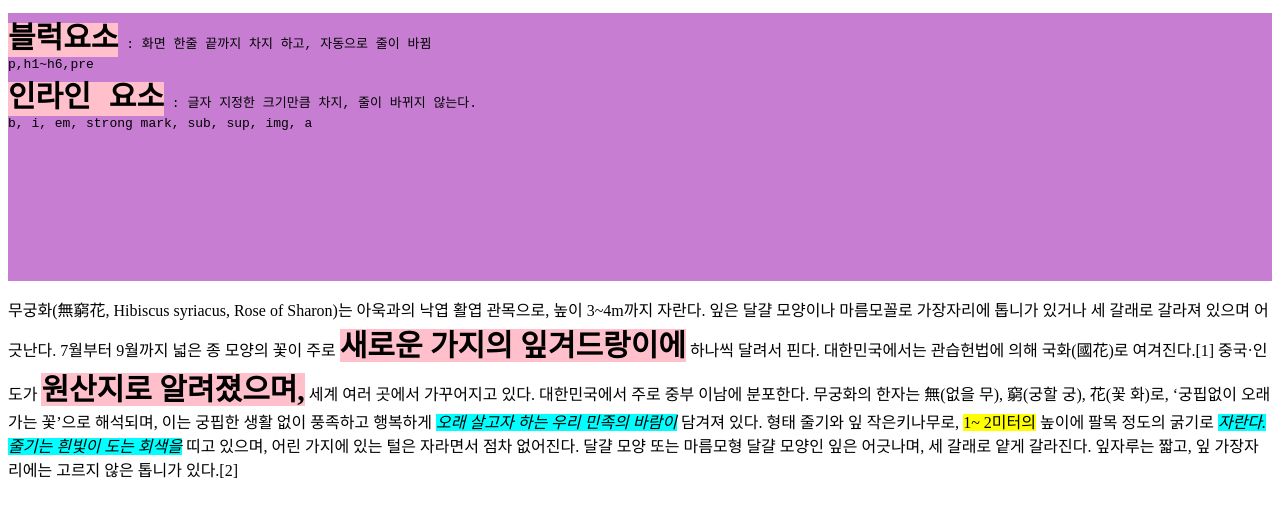
Repository: sH1222J/SH_DDit_WEB_study
Page: workspace/webpro/src/main/webapp/0304/텍스트서식.html
These files come from the project's save history. The page is drawn as it stood at one moment and after the next save; the edit follows.
The browser window is 1280 px wide. The pictures show the whole page.

Above is the page before, as saved 2025-03-04 03:31:21.

### workspace/webpro/src/main/webapp/0304/텍스트서식.html
<!DOCTYPE html>
<html>
<head>
<meta charset="UTF-8">
<title>Insert title here</title>


<style type="text/css">
b, strong {
	background: pink;
	font-size: 30px;
}

i, em {
	background: cyan;
}

pre {
	background: rgb(198, 125, 210);


}



mark{
	background: #ff0000);





}



</style>
</head>
<body>

	<pre>
<b>블럭요소</b> : 화면 한줄 끝까지 차지 하고, 자동으로 줄이 바뀜
p,h1~h6,pre
<b>인라인 요소</b> : 글자 지정한 크기만큼 차지, 줄이 바뀌지 않는다.
b, i, em, strong mark, sub, sup, img, a










</pre>



	<p>
		무궁화(無窮花, Hibiscus syriacus, Rose of Sharon)는 아욱과의 낙엽 활엽 관목으로, 높이
		3~4m까지 자란다. 잎은 달걀 모양이나 마름모꼴로 가장자리에 톱니가 있거나 세 갈래로 갈라져 있으며 어긋난다. 7월부터
		9월까지 넓은 종 모양의 꽃이 주로 <b>새로운 가지의 잎겨드랑이에</b> 하나씩 달려서 핀다. 대한민국에서는 관습헌법에 의해
		국화(國花)로 여겨진다.[1] 중국·인도가 <strong>원산지로 알려졌으며,</strong> 세계 여러 곳에서 가꾸어지고
		있다. 대한민국에서 주로 중부 이남에 분포한다. 무궁화의 한자는 無(없을 무), 窮(궁할 궁), 花(꽃 화)로, ‘궁핍없이
		오래가는 꽃’으로 해석되며, 이는 궁핍한 생활 없이 풍족하고 행복하게 <i>오래 살고자 하는 우리 민족의 바람이</i> 담겨져
		있다. 형태 줄기와 잎 작은키나무로, <mark>1~ 2미터의</mark> 높이에 팔목 정도의 굵기로 <em>자란다. 줄기는 흰빛이 도는
			회색을</em> 띠고 있으며, 어린 가지에 있는 털은 자라면서 점차 없어진다. 달걀 모양 또는 마름모형 달걀 모양인 잎은 어긋나며,
		세 갈래로 얕게 갈라진다. 잎자루는 짧고, 잎 가장자리에는 고르지 않은 톱니가 있다.[2]
	</p>



















</body>
</html>

After the next save:
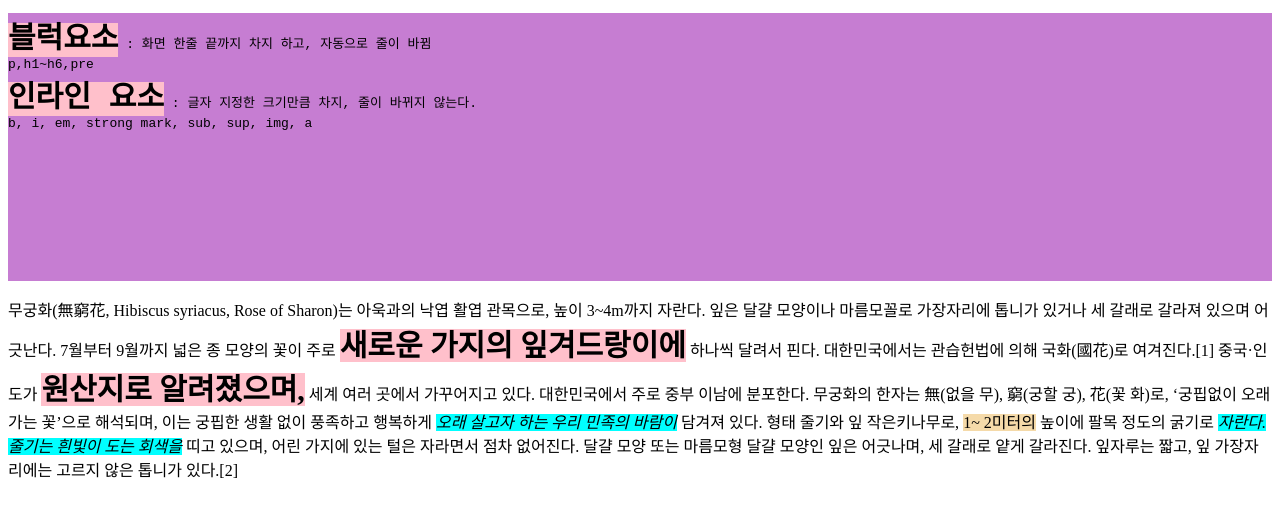
Saved 39 s later.
--- a/workspace/webpro/src/main/webapp/0304/텍스트서식.html
+++ b/workspace/webpro/src/main/webapp/0304/텍스트서식.html
@@ -24,7 +24,7 @@ pre {
 
 
 mark{
-	background: #ff0000);
+	background: #f5daa9;
 
 
 
